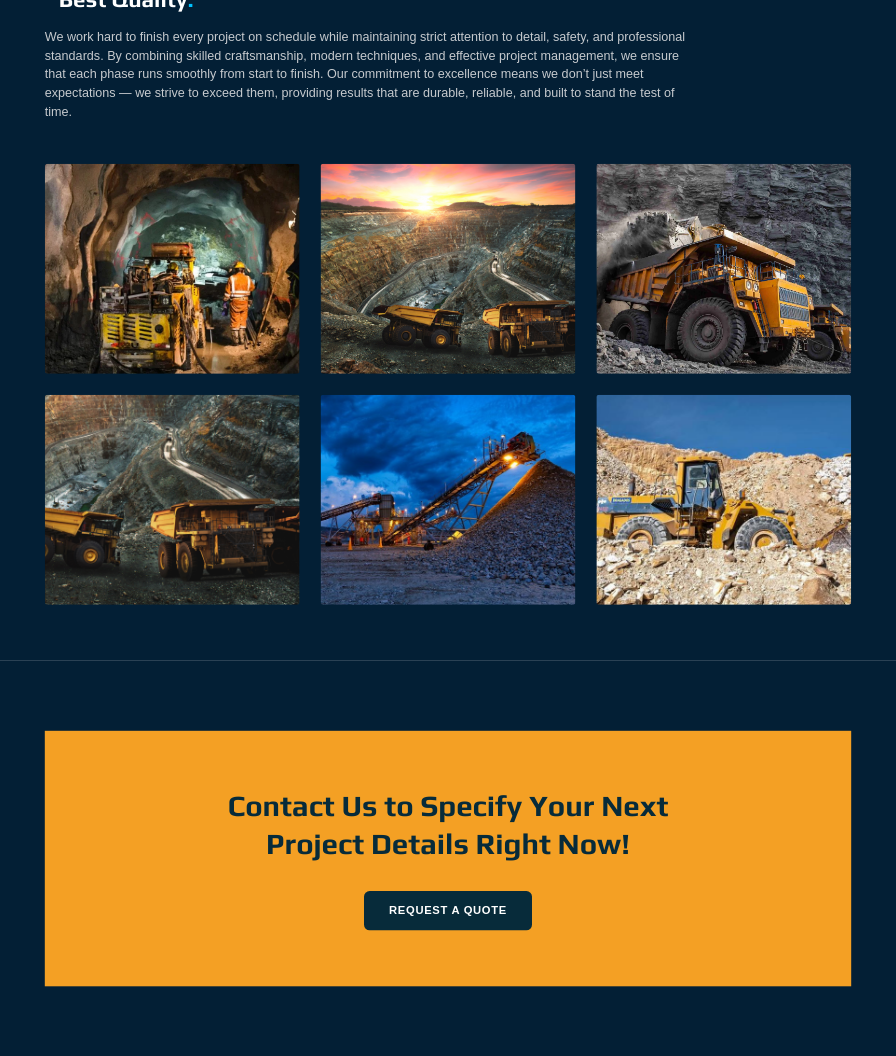
Repository: KC-Minchakpu/promise-earth
Page: /
These files come from the project's save history. The page is drawn as it stood at one moment and after the next save; the edit follows.
The browser window is 1280 px wide. The pictures show the part of the page from y = 4580 to 6500 px (the page is 6089 px tall before and 6529 px after), at 70% of full size.
The project was rebuilt for these pictures with package versions that can differ from the ones it lists, and the page was loaded fresh each time. The framework's server and built-in components were replaced by stand-ins that run in the browser. Also part of the build but not shown: next.config.ts.

Above is the page before, as saved 2026-02-26 18:24:36.

After the next save:
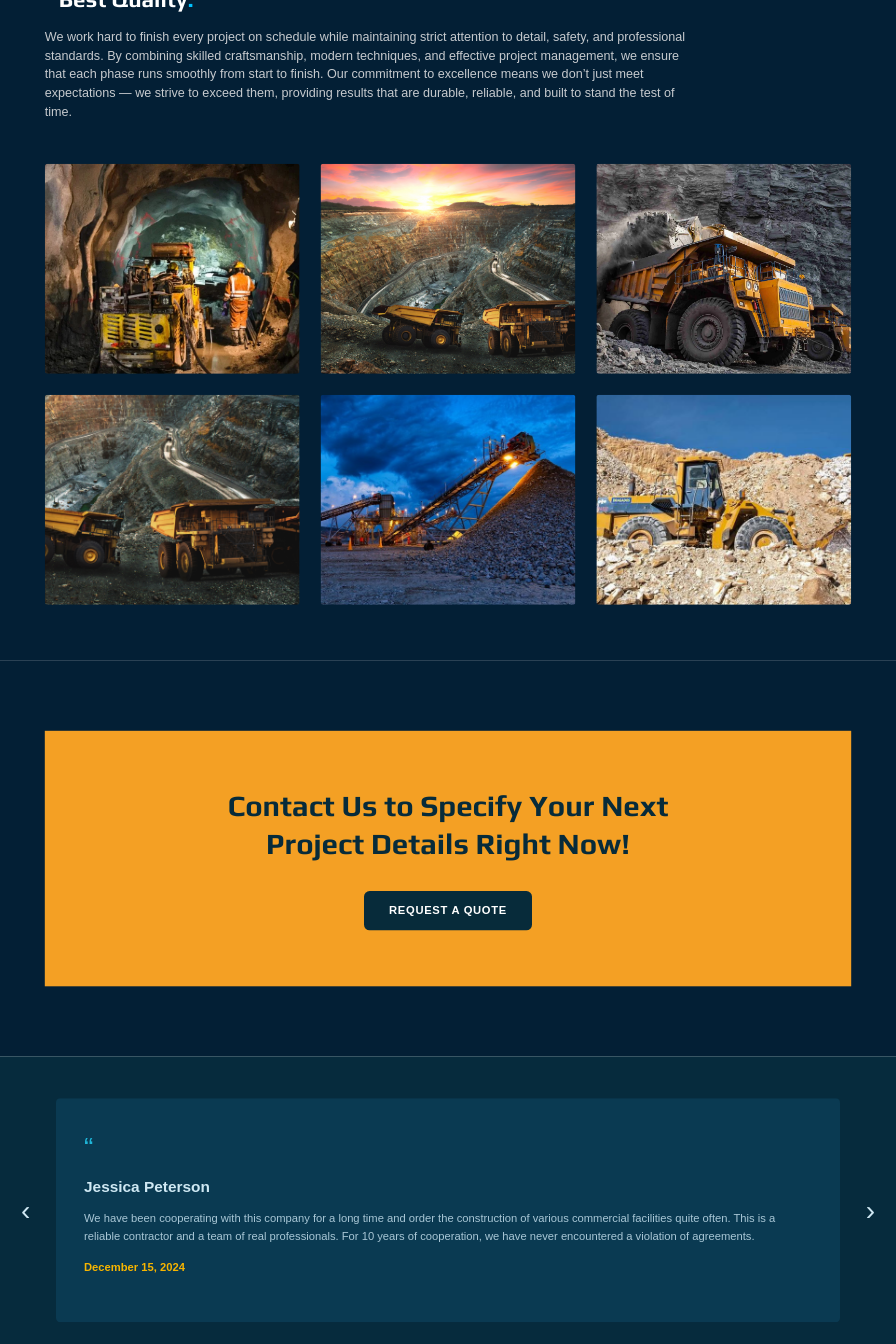
Saved 19 s later.
--- a/src/app/page.tsx
+++ b/src/app/page.tsx
@@ -3,6 +3,7 @@ import Hero from "@/components/Hero/Hero";
 import OurGoal from "@/components/OurGoal/OurGoal";
 import GetQuoteSection from "@/components/Services/GetQuoteSection";
 import ServicesSection from "@/components/Services/ServicesSection";
+import TestimonialSlider from "@/components/Services/TestimonialSlider";
 import TeamSection from "@/components/TeamSection/TeamSection";
 import WhyChooseUs from "@/components/WhyChooseUs/WhyChooseUs";
 
@@ -17,6 +18,7 @@ export default function Home() {
     <TeamSection />
     <OurGoal />
     <GetQuoteSection />
+    <TestimonialSlider />
   </>
   );
 }
